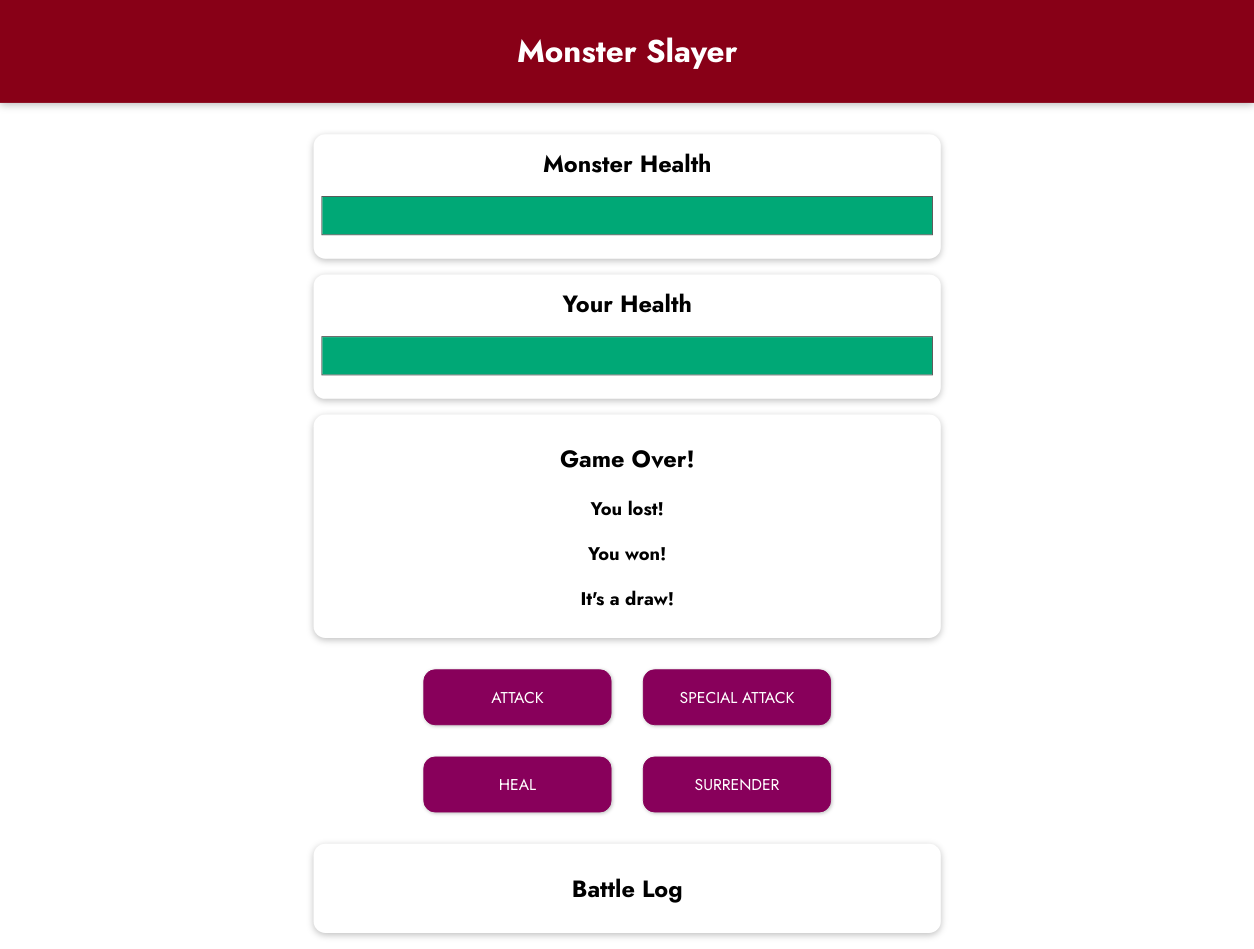
Repository: KayahanKahriman/vue-monster-game
Page: index.html
These files come from the project's save history. The page is drawn as it stood at one moment and after the next save; the edit follows.
The browser window is 1280 px wide. The pictures show the whole page, at 98% of full size.

Above is the page before, as saved 2022-02-14 13:43:43.

### index.html
<!DOCTYPE html>
<html lang="en">

<head>
  <meta charset="UTF-8" />
  <meta name="viewport" content="width=device-width, initial-scale=1.0" />
  <title>Vue Basics</title>
  <link href="https://fonts.googleapis.com/css2?family=Jost:wght@400;700&display=swap" rel="stylesheet" />
  <link rel="stylesheet" href="styles.css" />
  <script src="https://unpkg.com/vue@next" defer></script>
  <script src="app.js" defer></script>
</head>

<body>
  <header>
    <h1>Monster Slayer</h1>
  </header>
  <div id="game">
    <section id="monster" class="container">
      <h2>Monster Health</h2>
      <div class="healthbar">
        <div class="healthbar__value" :style="monsterBarStyles"></div>
      </div>
    </section>
    <section id="player" class="container">
      <h2>Your Health</h2>
      <div class="healthbar">
        <div class="healthbar__value" :style="playerBarStyles"></div>
      </div>
    </section>
    <section class="container">
      <h2>Game Over!</h2>
      <h3>You lost!</h3>
      <h3>You won!</h3>
      <h3>It's a draw!</h3>
    </section>
    <section id="controls">
      <button @click="attackMonster">ATTACK</button>
      <button :disabled="mayUseSpecialAttack" @click="specialAttackMonster">SPECIAL ATTACK</button>
      <button @click="healPlayer">HEAL</button>
      <button>SURRENDER</button>
    </section>
    <section id="log" class="container">
      <h2>Battle Log</h2>
      <ul></ul>
    </section>
  </div>
</body>

</html>

### styles.css
* {
  box-sizing: border-box;
}

html {
  font-family: 'Jost', sans-serif;
}

body {
  margin: 0;
}

header {
  box-shadow: 0 2px 8px rgba(0, 0, 0, 0.26);
  padding: 0.5rem;
  background-color: #880017;
  color: white;
  text-align: center;
  margin-bottom: 2rem;
}

section {
  width: 90%;
  max-width: 40rem;
  margin: auto;
}

.healthbar {
  width: 100%;
  height: 40px;
  border: 1px solid #575757;
  margin: 1rem 0;
  background: #fde5e5;
}

.healthbar__value {
  background-color: #00a876;
  width: 100%;
  height: 100%;
}

.container {
  text-align: center;
  padding: 0.5rem;
  margin: 1rem auto;
  box-shadow: 0 2px 8px rgba(0, 0, 0, 0.26);
  border-radius: 12px;
}

#monster h2,
#player h2 {
  margin: 0.25rem;
}

#controls {
  display: flex;
  flex-direction: row;
  flex-wrap: wrap;
  align-items: center;
  justify-content: center;
}

button {
  font: inherit;
  border: 1px solid #88005b;
  background-color: #88005b;
  color: white;
  padding: 1rem 2rem;
  border-radius: 12px;
  margin: 1rem;
  width: 12rem;
  cursor: pointer;
  box-shadow: 1px 1px 4px rgba(0, 0, 0, 0.26);
}

button:focus {
  outline: none;
}

button:hover,
button:active {
  background-color: #af0a78;
  border-color: #af0a78;
  box-shadow: 1px 1px 8px rgba(0, 0, 0, 0.26);
}

button:disabled {
  background-color: #ccc;
  border-color: #ccc;
  box-shadow: none;
  color: #3f3f3f;
  cursor: not-allowed;
}

#log ul {
  list-style: none;
  margin: 0;
  padding: 0;
}

#log li {
  margin: 0.5rem 0;
}

.log--player {
  color: #7700ff;
}

.log--monster {
  color: #da8d00;
}

.log--damage {
  color: red;
}

.log--heal {
  color: green;
}

### app.js
function getRandomValue(min, max) {
  return Math.floor(Math.random() * (max - min)) + min;
}

let currentRound = 0;

const app = Vue.createApp({
  data() {
    return {
      playerHealth: 100,
      monsterHealth: 100,
      currentRound: 0,
      winner: null,
    };
  },
  computed: {
    monsterBarStyles() {
      return { width: this.monsterHealth + "%" };
    },
    playerBarStyles() {
      return { width: this.playerHealth + "%" };
    },
    mayUseSpecialAttack() {
      return this.currentRound % 3 !== 0;
    },
  },
  watch: {
    playerHealth(value) {
      if (value <= 0 && this.monsterHealth <= 0) {
        this.winner = "draw";
      } else if (value <= 0) {
        this.winner = "monster";
      }
    },
    monsterHealth(value) {
      if (value <= 0 && this.playerHealth <= 0) {
        this.winner = "draw";
      } else if (value <= 0) {
        this.winner = "player";
      }
    },
  },
  methods: {
    attackMonster() {
      const attackValue = getRandomValue(5, 12);
      this.monsterHealth -= attackValue;
      this.attackPlayer();
    },
    attackPlayer() {
      this.currentRound++;
      const attackValue = getRandomValue(8, 15);
      this.playerHealth -= attackValue;
    },
    specialAttackMonster() {
      this.currentRound++;
      const attackValue = getRandomValue(10, 25);
      this.monsterHealth -= attackValue;
      this.attackPlayer();
    },
    healPlayer() {
      this.currentRound++;
      const healValue = getRandomValue(8, 20);
      if (this.playerHealth + healValue > 100) {
        this.playerHealth = 100;
      } else {
        this.playerHealth += healValue;
      }
      this.attackPlayer();
    },
  },
});

app.mount("#game");

After the next save:
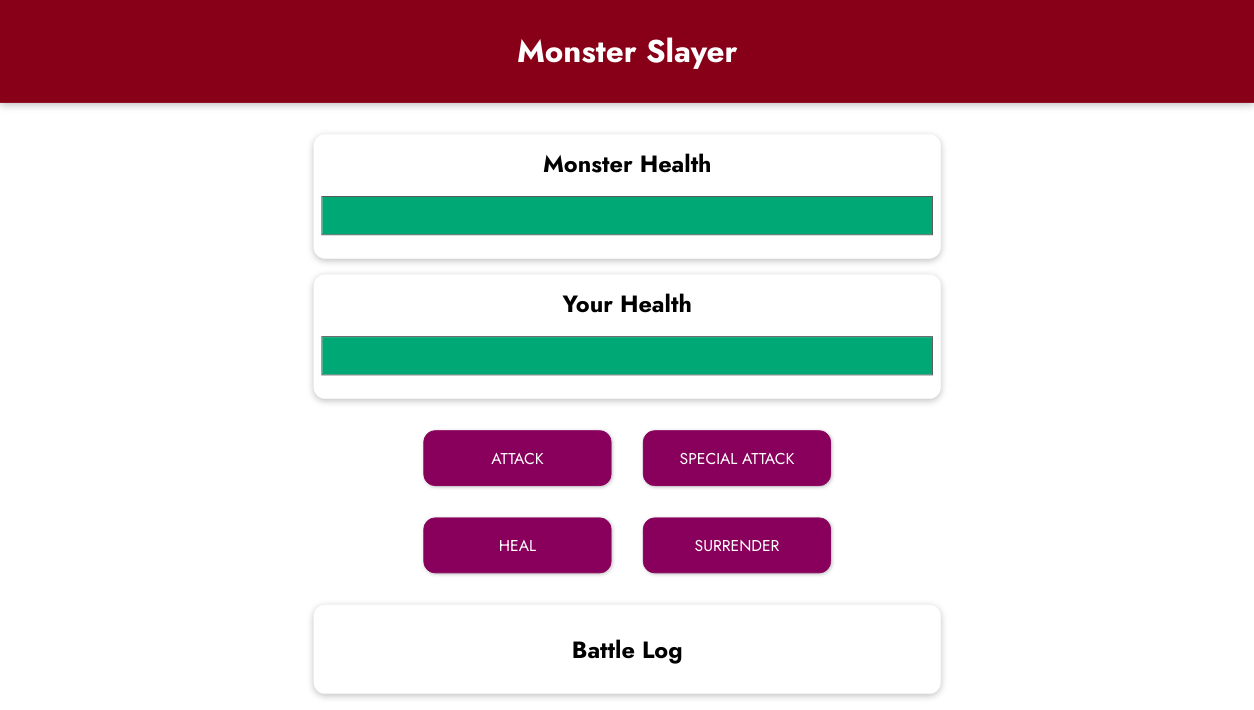
Saved 4 min 12 s later.
--- a/index.html
+++ b/index.html
@@ -28,7 +28,7 @@
         <div class="healthbar__value" :style="playerBarStyles"></div>
       </div>
     </section>
-    <section class="container">
+    <section class="container" v-if="winner">
       <h2>Game Over!</h2>
       <h3>You lost!</h3>
       <h3>You won!</h3>
